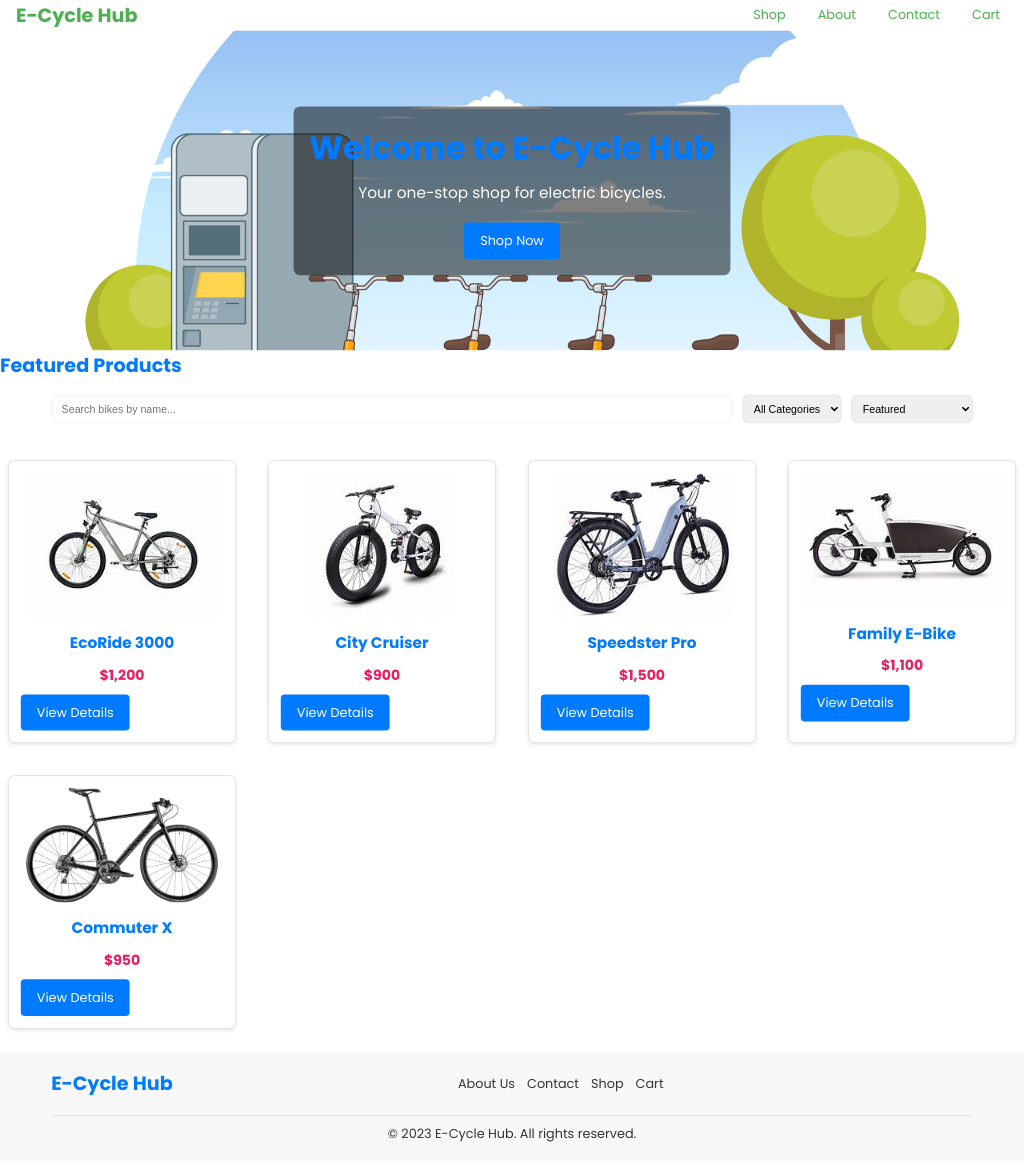
Repository: Rutuja-g/E-Cycle-Hub
Page: public/index.html
An editor plug-in stored every save of this project. The page is shown before and after the next save, followed by the edit.
The browser window is 1280 px wide. The pictures show the whole page, at 80% of full size.

Above is the page before, as saved 2025-10-24 15:42:15.

After the next save:
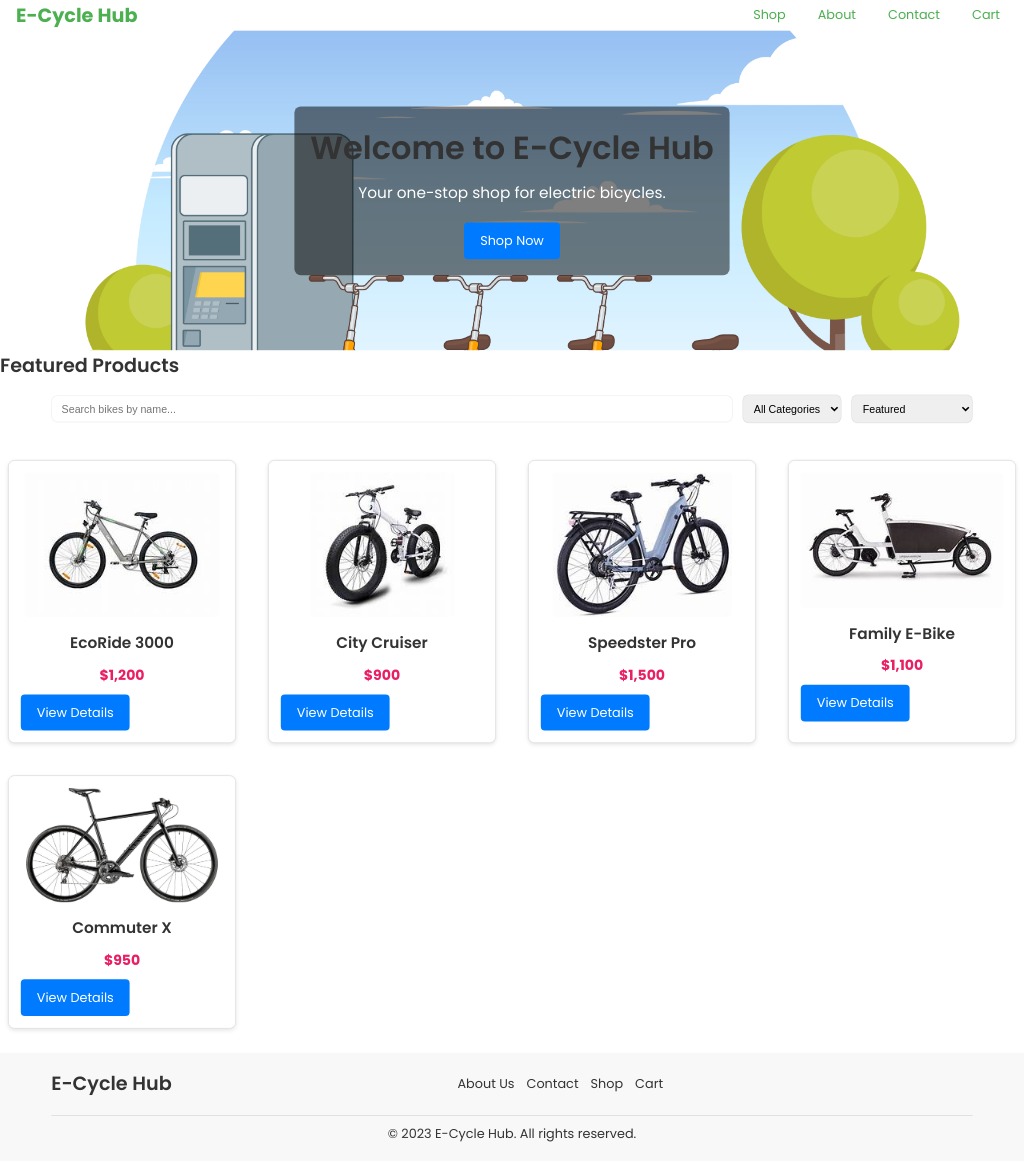
Saved 7 s later.
--- a/public/css/main.css
+++ b/public/css/main.css
@@ -16,7 +16,8 @@ h4,
 h5,
 h6 {
   margin: 0;
-  color: var(--primary-color, #4caf50);
+  color: var(--text-color);
+  font-weight: 600;
 }
 
 a {
